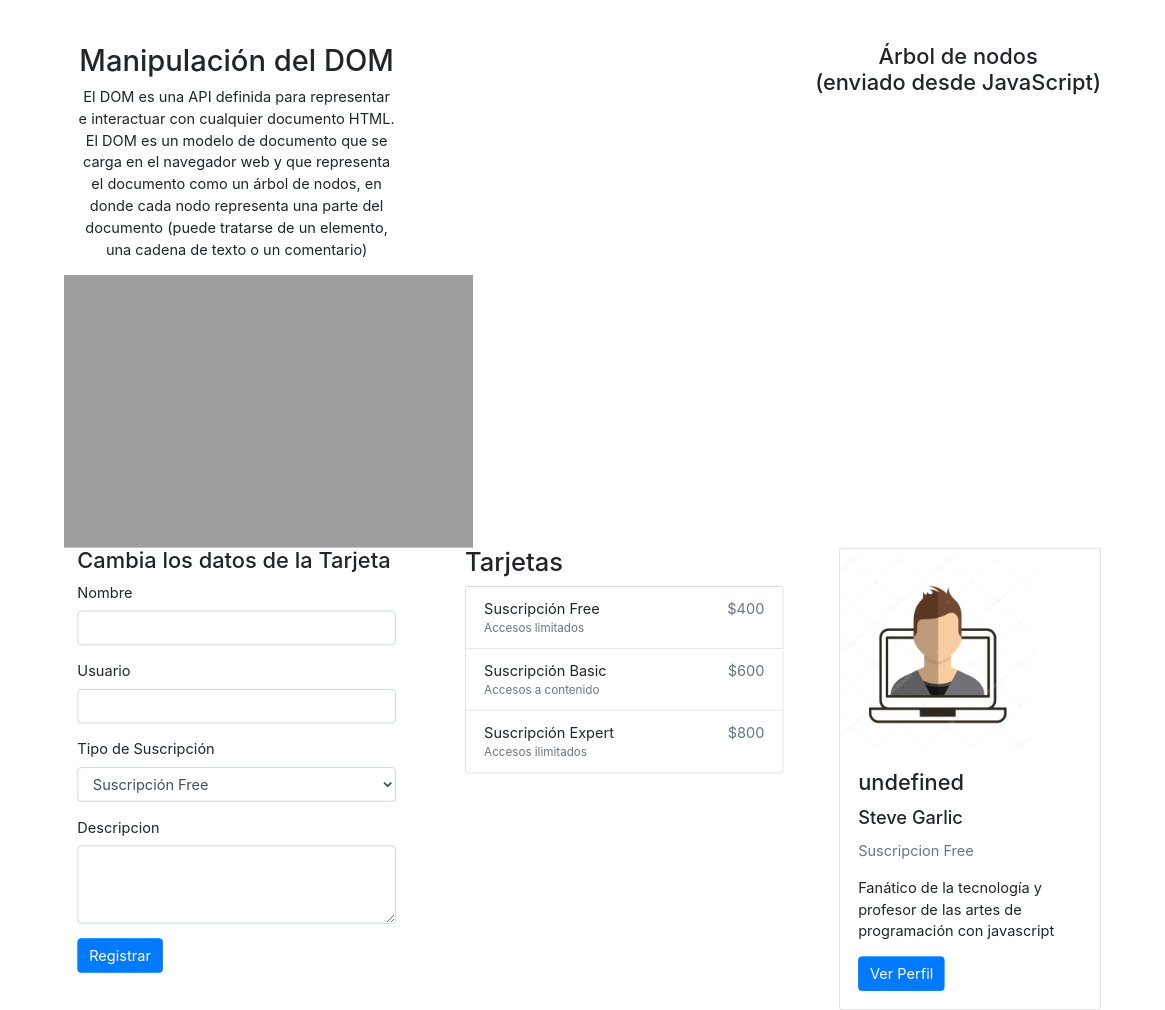
Repository: pedro-donoso/manipulacion-dom
Page: index.html
The author's editor kept a copy of each file at every save. The page is drawn from the files as they stood at one save, then again after the next save.
The browser window is 1280 px wide. The pictures show the whole page, at 91% of full size.
Pictures or frames that could not be fetched are drawn as grey boxes.

Above is the page before, as saved 2024-02-06 14:30:34.

### index.html
<!doctype html>
<html lang="es">

<head>
    <!-- Required meta tags -->
    <meta charset="utf-8">
    <meta name="viewport" content="width=device-width, initial-scale=1, shrink-to-fit=no">

    <!-- Bootstrap CSS -->
    <link rel="stylesheet" href="https://cdn.jsdelivr.net/npm/bootstrap@4.3.1/dist/css/bootstrap.min.css"
        integrity="sha384-ggOyR0iXCbMQv3Xipma34MD+dH/1fQ784/j6cY/iJTQUOhcWr7x9JvoRxT2MZw1T" crossorigin="anonymous">

    <title>Manipulación del DOM</title>
</head>

<body>

    <main class="container">

        <!-- 1- AGREGO CLASE container PARA MANIPULAR ESTE PÁRRAFO -->
        <div class="row mt-5 text-center justify-content-between" id="contenedor">
            <div class="col-4 col-md-4">
                <h2>Manipulación del DOM</h2>
                <p class="text-center">
                    El DOM es una API definida para representar e interactuar con cualquier documento HTML.
                    El DOM es un modelo de documento que se carga en el navegador web y que representa el documento como un árbol de
                    nodos, en donde cada nodo representa una parte del documento (puede tratarse de un elemento, una
                    cadena de texto o un comentario)
                </p>
            </div>
        </div>
        <div class="row justify-content-between">
            <div class="col-4 col-md-4">
                <h4>Cambia los datos de la Tarjeta</h4>
                <!-- 15- AGREGO id PARA ESCUCHAR EVENTO CLICK -->
                <form id="formulario">
                    <!-- 21- AGREGO ID DE CADA CAMPO -->
                    <label>Nombre</label>
                    <input type="text" class="form-control mb-3" id="nombre">
                    <label>Usuario</label>
                    <input type="text" class="form-control mb-3" id="usuario">
                    <label>Tipo de Suscripción</label>
                    <select id="suscripcion" class="form-control mb-3">
                            <option value="Suscripción Free">Suscripción Free</option>
                            <option value="Suscripción Basic">Suscripcion Basic</option>
                            <option value="Suscripción Expert">Suscripcion Expert</option>
                        </select>









                    <label>Descripcion</label>
                    <textarea rows="3" class="form-control mb-3" id="descripcion"></textarea>
                    <div>
                        <button class="btn btn-primary mb-3">Registrar</button>
                    </div>
                </form>
            </div>
            <div class="col-4 col-md-4">
                <h3>Tarjetas</h3>
                <div class="card">
                    <ul class="list-group list-group-flush">
                        <li class="list-group-item d-flex justify-content-between">
                            <div class="d-flex flex-column">
                                <span>Suscripción Free</span>
                                <small class="text-muted">Accesos limitados</small>
                            </div>
                            <div>
                                <span class="text-muted">$400</span>
                            </div>
                        </li>
                        <li class="list-group-item d-flex justify-content-between">
                            <div class="d-flex flex-column">
                                <span>Suscripción Basic</span>
                                <small class="text-muted">Accesos a contenido</small>
                            </div>
                            <div>
                                <span class="text-muted">$600</span>
                            </div>
                        </li>
                        <li class="list-group-item d-flex justify-content-between">
                            <div class="d-flex flex-column">
                                <span>Suscripción Expert</span>
                                <small class="text-muted">Accesos ilimitados</small>
                            </div>
                            <div>
                                <span class="text-muted">$800</span>
                            </div>
                        </li>
                    </ul>
                </div>
            </div>

            <!-- 8- AGREGO CARD -->
        <!-- 13- AGREGO ID PARA CAPTURAR CONTENEDOR -->
        <div class="row" id="contenedor_tarjeta">

        </div>

        </div>

    </main>

    <!-- Optional JavaScript -->
    <!-- jQuery first, then Popper.js, then Bootstrap JS -->
    <script src="https://code.jquery.com/jquery-3.3.1.slim.min.js"
        integrity="sha384-q8i/X+965DzO0rT7abK41JStQIAqVgRVzpbzo5smXKp4YfRvH+8abtTE1Pi6jizo"
        crossorigin="anonymous"></script>
    <script src="https://cdn.jsdelivr.net/npm/popper.js@1.14.7/dist/umd/popper.min.js"
        integrity="sha384-UO2eT0CpHqdSJQ6hJty5KVphtPhzWj9WO1clHTMGa3JDZwrnQq4sF86dIHNDz0W1"
        crossorigin="anonymous"></script>
    <script src="https://cdn.jsdelivr.net/npm/bootstrap@4.3.1/dist/js/bootstrap.min.js"
        integrity="sha384-JjSmVgyd0p3pXB1rRibZUAYoIIy6OrQ6VrjIEaFf/nJGzIxFDsf4x0xIM+B07jRM"
        crossorigin="anonymous"></script>

    <script src="./app.js"></script>
</body>

</html>

### app.js
// 2- CREO VARIABLE PARA MANIPULAR HTML
let contenedor = document.querySelector("#contenedor");

// 3- CREAR ELEMENTO SUBTITULO Y LE AGREGO PROPIEDADES
let subtitulo = document.createElement("h4");
subtitulo.innerText = "Árbol de nodos \n (enviado desde JavaScript)";

// 4- OBTENER EL CUERPO DEL DOCUMENTO
let body = document.body;

// 5- AGREGAR EL NUEVO ELEMENTO AL CUERPO DEL DOCUMENTO
body.appendChild(subtitulo);

// 6- AGREGO IMAGEN
let imagen = document.createElement("img");
imagen.src =
  "https://www.freecodecamp.org/news/content/images/2021/09/Document.jpg";
imagen.width = "450";
imagen.height = "300";
imagen.alt = "árbol de nodos";

// 7- AGREGO ELEMENTOS AL CONTENEDOR
contenedor.append(subtitulo, imagen);

// 13- AGREGO CONSTRUCTOR
const autor = {
  nombre: "Steve Garlic",
  suscripcion: "Suscripcion Free",
  descripcion:
    "Fanático de la tecnología y profesor de las artes de programación con javascript",
  imagen: "./img/icono.jpg"
};

// 19- Agrego const crearTarjeta y agrego todas las funciones del código
const crearTarjeta = () => {
  // 25- CREO DOCUMENTO VACIO
  document.querySelector("#contenedor_tarjeta").innerHTML = "";

  // 9- CREO ESTRUCTURA DEL CODIGO
  let columnaTarjeta = document.createElement("div");
  columnaTarjeta.className = "col";

  // 10- CREO TEMPLATE STRING DEL CONTENIDO DE LA TARJETA AUTOR
  // 14- AGREGO DATOS DEL CONSTRUCTOR (13)
  // 17- CREO EVENTO onclick
  // 19- LLAMAR A eventoClick CON event
  let tarjetaAutor = ` <div class="card" style="width: 18rem;">
        <img class="card-img-top pt-2 w-75" src="${autor.imagen}" alt="Card image cap">
        <div class="card-body">
        <h4 class="card-title">${autor.usuario}</h4>
            <h5 class="card-title">${autor.nombre}</h5>
             <p class="text-muted">${autor.suscripcion}</p>
            <p class="card-text">${autor.descripcion}</p>

            <button class="btn btn-primary" onclick="eventoClick(event)">Ver Perfil</button>
        </div>
    </div>`;

  // 11- AGREGO TEMPLATE STRING A columnaTarjeta (HIJO)
  columnaTarjeta.innerHTML = tarjetaAutor;

  // 12- AGREGO columnaTarjeta AL CONTENEDOR (PADRE) MEDIANTE LA SELECCIÓN DEL ID #contenedor_tarjeta
  document.querySelector("#contenedor_tarjeta").append(columnaTarjeta);
};

// 16- Creo constante modificarAutor para agregarla al form en index.html, la función recibirá un evento
  const modificarAutor= (event) => {
    console.log(event);
    event.preventDefault();

    // 22- CAPTURO CAMPOS DEL FORMULARIO
    let nombre = document.querySelector("#nombre").value;
    let usuario = document.querySelector("#usuario").value;
    let suscripcion = document.querySelector("#suscripcion").value;
     let descripcion = document.querySelector("#descripcion").value;

    // 23- LLAMO A LA CONSTANTE AUTOR
    autor.nombre = nombre;
    autor.usuario = usuario;
    autor.suscripcion = suscripcion;
    autor.descripcion = descripcion;

    // 24- SE VUELVE A CREAR LA TARJETA CON LOS NUEVOS DATOS
    crearTarjeta();
  };


// 18- CAPTURO EVENTO CLIC DEL BOTON EN EL form MEDIANTE EL ID formulario
document.getElementById("formulario").addEventListener("submit",modificarAutor);

// 20- LLAMO A LA FUNCIÓN
crearTarjeta();

After the next save:
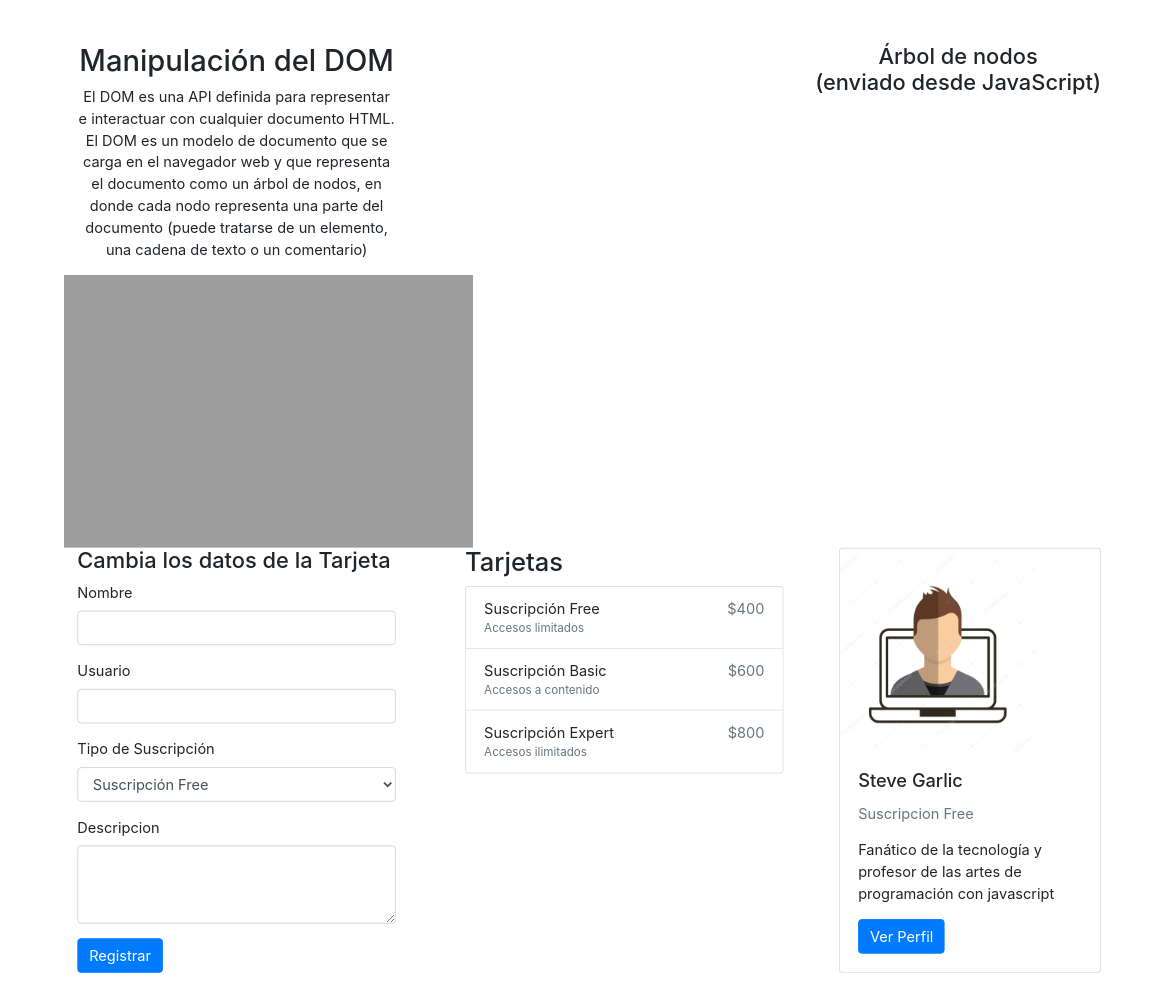
Saved 9 s later.
--- a/app.js
+++ b/app.js
@@ -47,7 +47,6 @@ const crearTarjeta = () => {
   let tarjetaAutor = ` <div class="card" style="width: 18rem;">
         <img class="card-img-top pt-2 w-75" src="${autor.imagen}" alt="Card image cap">
         <div class="card-body">
-        <h4 class="card-title">${autor.usuario}</h4>
             <h5 class="card-title">${autor.nombre}</h5>
              <p class="text-muted">${autor.suscripcion}</p>
             <p class="card-text">${autor.descripcion}</p>
